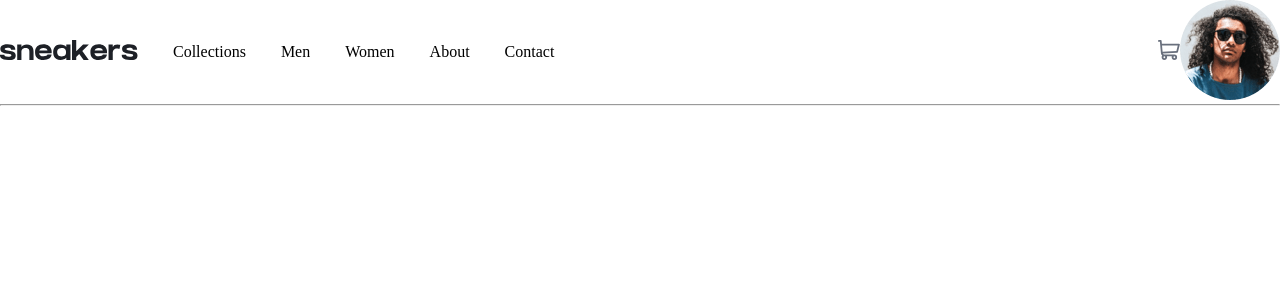
Repository: DevLaukey/ecommerce-design
Page: index.html
The author's editor kept a copy of each file at every save. The page is drawn from the files as they stood at one save, then again after a run of saves.
The browser window is 1280 px wide. The pictures show the whole page.

Above is the page before, as saved 2022-05-15 16:51:34.

### index.html
<!DOCTYPE html>
<html lang="en">
  <head>
    <meta charset="UTF-8" />
    <meta http-equiv="X-UA-Compatible" content="IE=edge" />
    <meta name="viewport" content="width=device-width, initial-scale=1.0" />
    <title>Document</title>
    <link rel="stylesheet" href="./css/style.css" type="text/css" />
  </head>
  <body>
    <div class="nav">
      <div class="logo">
        <svg width="138" height="20" xmlns="http://www.w3.org/2000/svg">
          <path
            d="M8.217 20c4.761 0 7.519-.753 7.519-4.606 0-3.4-3.38-4.172-6.66-4.682l-.56-.085-.279-.041-.35-.053c-2.7-.405-3.18-.788-3.18-1.471 0-.478.49-1.331 2.843-1.331 2.455 0 3.493.647 3.493 1.87v.134h4.281v-.133c0-2.389-1.35-5.238-7.774-5.238-5.952 0-7.201 2.584-7.201 4.752 0 3.097 2.763 4.086 7.223 4.675.21.028.433.054.659.081 1.669.197 3.172.42 3.172 1.585 0 1.01-1.615 1.222-3.298 1.222-2.797 0-3.784-.593-3.784-1.92v-.134H.002L0 14.926v.317c.008.79.118 1.913 1.057 2.862C2.303 19.362 4.712 20 8.217 20Zm13.21 0v-7.49c0-2.104.547-4.423 4.176-4.423 3.915 0 3.778 2.777 3.768 4.042V20h4.18v-7.768c0-2.264-.176-7.766-6.732-7.766-2.778 0-4.192.911-5.195 2.28h-.197V4.467H17.22V20h4.207Zm21.959 0c5.094 0 7.787-2.07 8.217-5.405H47.53c-.386 1.02-1.63 1.72-4.143 1.72-2.721 0-3.962-1.03-4.25-3.106h12.527c.24-2.13-.029-5.417-3.026-7.44v.005c-1.312-.915-3.056-1.465-5.251-1.465-5.24 0-8.336 2.772-8.336 7.845 0 5.17 3.02 7.846 8.336 7.846Zm4.099-9.574h-8.188c.486-1.574 1.764-2.431 4.089-2.431 2.994 0 3.755 1.267 4.099 2.431ZM70.499 20V4.457H66.29V6.74h-.176c-1.053-1.377-2.809-2.283-5.677-2.283-6.433 0-7.225 5.293-7.253 7.635v.137c0 2.092.732 7.771 7.241 7.771 2.914 0 4.684-.818 5.734-2.169h.131V20H70.5Zm-8.854-3.623c-3.996 0-4.447-3.032-4.447-4.148 0-1.21.426-4.148 4.455-4.148 3.631 0 4.374 2.044 4.374 4.148 0 2.35-.742 4.148-4.382 4.148ZM88.826 20l-6.529-9.045 6.588-6.488h-5.827l-6.836 6.756V0h-4.187v19.954h4.187V16.94l3.02-2.976L83.6 20h5.226Zm9.9 0c5.094 0 7.786-2.07 8.217-5.405h-4.074c-.387 1.02-1.63 1.72-4.143 1.72-2.721 0-3.962-1.03-4.25-3.106h12.527c.24-2.13-.029-5.417-3.026-7.44v.005c-1.312-.915-3.057-1.465-5.251-1.465-5.24 0-8.336 2.772-8.336 7.845 0 5.17 3.02 7.846 8.336 7.846Zm4.098-9.574h-8.187c.485-1.574 1.763-2.431 4.089-2.431 2.994 0 3.755 1.267 4.098 2.431ZM112.76 20v-6.97c0-2.103.931-4.542 4.05-4.542 1.33 0 2.393.236 2.785.346l.67-3.976c-.728-.16-1.626-.392-2.757-.392-2.665 0-3.622.794-4.486 2.282h-.262V4.466h-4.21V20h4.21Zm17.221 0c4.761 0 7.519-.753 7.519-4.606 0-3.4-3.38-4.172-6.66-4.682l-.56-.085-.279-.041-.349-.053c-2.701-.405-3.181-.788-3.181-1.471 0-.478.49-1.331 2.843-1.331 2.455 0 3.493.647 3.493 1.87v.134h4.282v-.133c0-2.389-1.35-5.238-7.775-5.238-5.952 0-7.201 2.584-7.201 4.752 0 3.097 2.763 4.086 7.224 4.675.21.028.432.054.658.081 1.669.197 3.172.42 3.172 1.585 0 1.01-1.615 1.222-3.298 1.222-2.796 0-3.784-.593-3.784-1.92v-.134h-4.319l-.001.301v.317c.008.79.117 1.913 1.056 2.862 1.246 1.257 3.655 1.895 7.16 1.895Z"
            fill="#1D2026"
            fill-rule="nonzero"
          />
        </svg>
      </div>
      <nav>
        <div class="nav-menu">
          <p class="options">Collections</p>
          <p class="options">Men</p>
          <p class="options">Women</p>
          <p class="options">About</p>
          <p class="options">Contact</p>
        </div>
        <div class="nav-icons">
          <div class="icon">
            <svg width="22" height="20" xmlns="http://www.w3.org/2000/svg">
              <path
                d="M20.925 3.641H3.863L3.61.816A.896.896 0 0 0 2.717 0H.897a.896.896 0 1 0 0 1.792h1l1.031 11.483c.073.828.52 1.726 1.291 2.336C2.83 17.385 4.099 20 6.359 20c1.875 0 3.197-1.87 2.554-3.642h4.905c-.642 1.77.677 3.642 2.555 3.642a2.72 2.72 0 0 0 2.717-2.717 2.72 2.72 0 0 0-2.717-2.717H6.365c-.681 0-1.274-.41-1.53-1.009l14.321-.842a.896.896 0 0 0 .817-.677l1.821-7.283a.897.897 0 0 0-.87-1.114ZM6.358 18.208a.926.926 0 0 1 0-1.85.926.926 0 0 1 0 1.85Zm10.015 0a.926.926 0 0 1 0-1.85.926.926 0 0 1 0 1.85Zm2.021-7.243-13.8.81-.57-6.341h15.753l-1.383 5.53Z"
                fill="#69707D"
                fill-rule="nonzero"
              />
            </svg>
          </div>
          <div class="avatar">
            <img src="./assets/image-avatar.png" alt="" />
          </div>
        </div>
      </nav>
    </div>
    <hr />
  </body>
</html>

### css/style.css
* {
  margin: 0;
  padding: 0;
  box-sizing: border-box;
}
.nav {
  display: flex;
  /* width: 100%; */
  align-items: center;
  /* margin:auto; */
}
nav{
    width: 100%;
    display: flex;
    align-items: center;
    justify-content:space-between;
}
.nav-menu {
  display: flex;
  margin-left: 35px;
  flex-direction: row;
}
.options{
    margin-right: 35px;
}
.nav-icons{
    display: flex;
    align-items: center;
}
/* .avatar{
    width: 10px;
} */

After the next 2 saves:
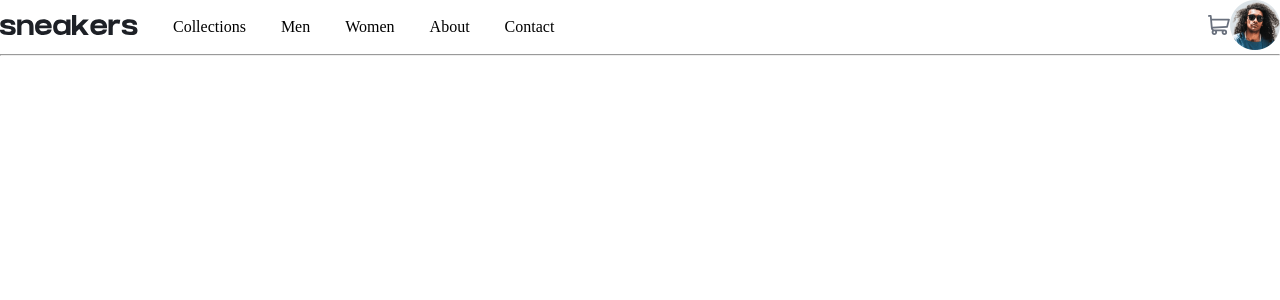
The 2 saves are shown as one change because they came seconds apart.
The last was saved 19 s later.
--- a/index.html
+++ b/index.html
@@ -37,7 +37,7 @@
             </svg>
           </div>
           <div class="avatar">
-            <img src="./assets/image-avatar.png" alt="" />
+            <img height="50px" src="./assets/image-avatar.png" alt="" />
           </div>
         </div>
       </nav>
